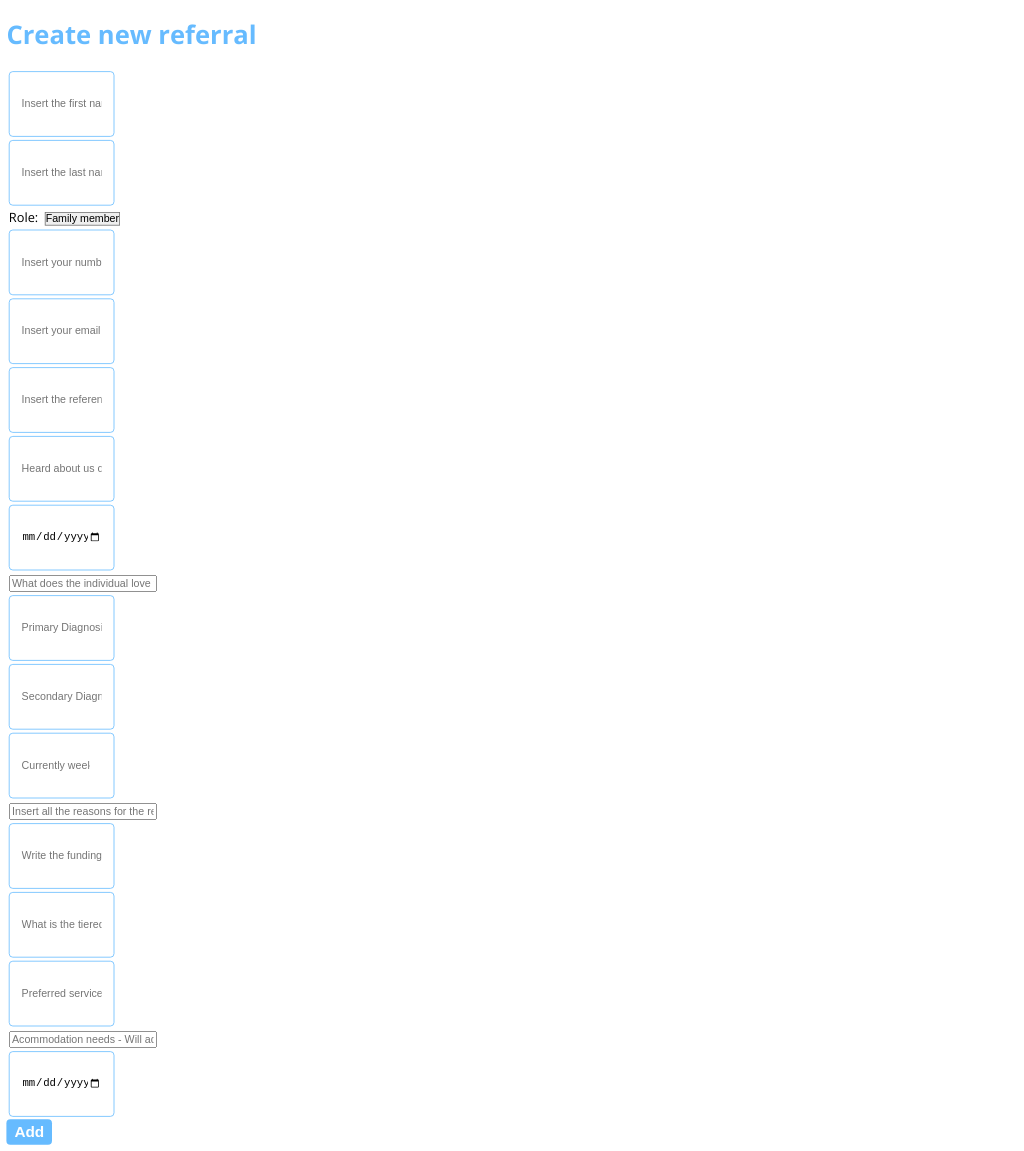
Repository: israelrodriguees/QAactivity
Page: http://localhost/referral/new_referral.jsp
The author's editor kept a copy of each file at every save. The page is drawn from the files as they stood at one save, then again after a run of saves.
The browser window is 1280 px wide. The pictures show the whole page, at 80% of full size.
The page is served by Tomcat 9. Other server files are loaded and not shown.

Above is the page before, as saved 2021-08-17 08:24:35.

### referral/src/main/webapp/new_referral.jsp
<!DOCTYPE html>
<html>
<head>
<meta charset="ISO-8859-1">
<title>Referral Form</title>
<link rel="icon" href="images/form.png">
<link rel="stylesheet" href="style.css">
</head>
<body>
	<h1>Create new referral</h1>
	<form name="frmReferral" action="">
		<table>
			<tr>
				<td><input type="text" name="txt_firstname"
					placeholder="Insert the first name" class="Box1"></td>
			</tr>
			<tr>
				<td><input type="text" name="txt_firstname"
					placeholder="Insert the last name" class="Box1"></td>
			</tr>

			<tr>
				<td><label class="Box3" padding="5px">Role:</label>&nbsp; <select name="txt_role">
						<option value="Family">Family member</option>
						<option value="Advocate">Advocate</option>
						<option value="Social Worker">Social worker</option>
						<option value="Other">Other</option>
				</select></td>
			</tr>

			<tr>
				<td><input type="text" name="txt_phone"
					placeholder="Insert your number" class="Box1"></td>
			</tr>

			<tr>
				<td><input type="text" name="txt_email"
					placeholder="Insert your email" class="Box1"></td>
			</tr>

			<tr>
				<td><input type="text" name="txt_refnumber"
					placeholder="Insert the reference number" class="Box1"></td>
			</tr>

			<tr>
				<td><input type="text" name="txt_hear"
					placeholder="Heard about us on" class="Box1"></td>
			</tr>

			<tr>
				<td><input type="date" name="txt_dbirth"
					placeholder="Date of birth" class="Box1"></td>
			</tr>

			<tr>
				<td><input type="text" name="txt_todo"
					placeholder="What does the individual love to do?" class="Box2"></td>
			</tr>

			<tr>
				<td><input type="text" name="txt_pdiagnosis"
					placeholder="Primary Diagnosis" class="Box1"></td>
			</tr>

			<tr>
				<td><input type="text" name="txt_sdiagnosis"
					placeholder="Secondary Diagnosis" class="Box1"></td>
			</tr>


			<tr>
				<td><input type="number" name="float_hours"
					placeholder="Currently weekly support hours(E.g.: 4.5)" class="Box1"></td>
			</tr>

			<tr>
				<td><input type="text" name="txt_reasonref"
					placeholder="Insert all the reasons for the referral." class="Box2"></td>
			</tr>

			<tr>
				<td><input type="text" name="txt_fundingbody"
					placeholder="Write the funding body" class="Box1"></td>
			</tr>

			<tr>
				<td><input type="text" name="txt_draty"
					placeholder="What is the tiered raty?" class="Box1"></td>
			</tr>

			<tr>
				<td><input type="text" name="txt_preflocation"
					placeholder="Preferred service locations" class="Box1"></td>
			</tr>

			<tr>
				<td><input type="text"   name="txt_acomneeds"
					placeholder="Acommodation needs - Will adaptions be required?" class="Box2"></td>
			</tr>

			<tr>
				<td><input type="date" name="txt_dstart"
					placeholder="The preferred start date" class="Box1"></td>
			</tr>
		</table>
		<input type="button" value="Add" class="button1" onclick="validate()">
	</form>

	<script src="scripts/Validate.js"></script>
</body>
</html>

### referral/src/main/webapp/style.css
@charset "ISO-8859-1";

@import
	url('https://fonts.googleapis.com/css2?family=Open+Sans:wght@400;700&display=swap')
	;

body {
	font-family: 'Open Sans', sans-serif;;
	font-size: 1em;
	font-weight: 400;
}

h1 {
	color: #66bbff;
}

.button1 {
	text-decoration: none;
	background-color: #66bbff;
	padding: 5px 10px 5px 10px;
	color: #fff;
	font-size: 1.2em;
	font-weight: 700;
	border-radius: 5px;
	border: 0;
	cursor: pointer;
}

.Box1 {
	width: 100px;
	height: 50px;
	padding: 15px;
	maring-bottom: 10px;
	border: 1px solid #66bbff;
	border-radius: 5px;
}




select{
	-webkit-appearance: none;
	-moz-appearance: none;
	appearance: none;
}

### referral/src/main/webapp/scripts/Validate.js
/**
 * Validation of form fields
 * @Israel Diniz
 */

function validate(){
	alert('test')
}

After the next 2 saves:
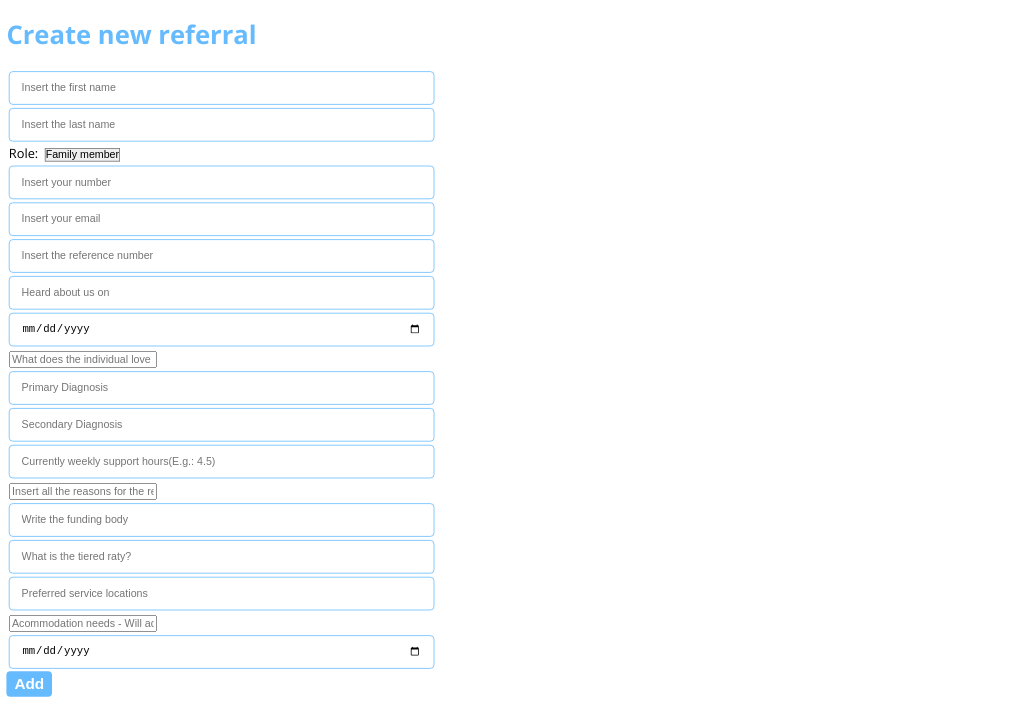
The 2 saves are shown as one change because they came seconds apart.
The last was saved 14 s later.
--- a/referral/src/main/webapp/style.css
+++ b/referral/src/main/webapp/style.css
@@ -27,8 +27,8 @@
 }
 
 .Box1 {
-	width: 100px;
-	height: 50px;
+	width: 500px;
+	height: 10px;
 	padding: 15px;
 	maring-bottom: 10px;
 	border: 1px solid #66bbff;
